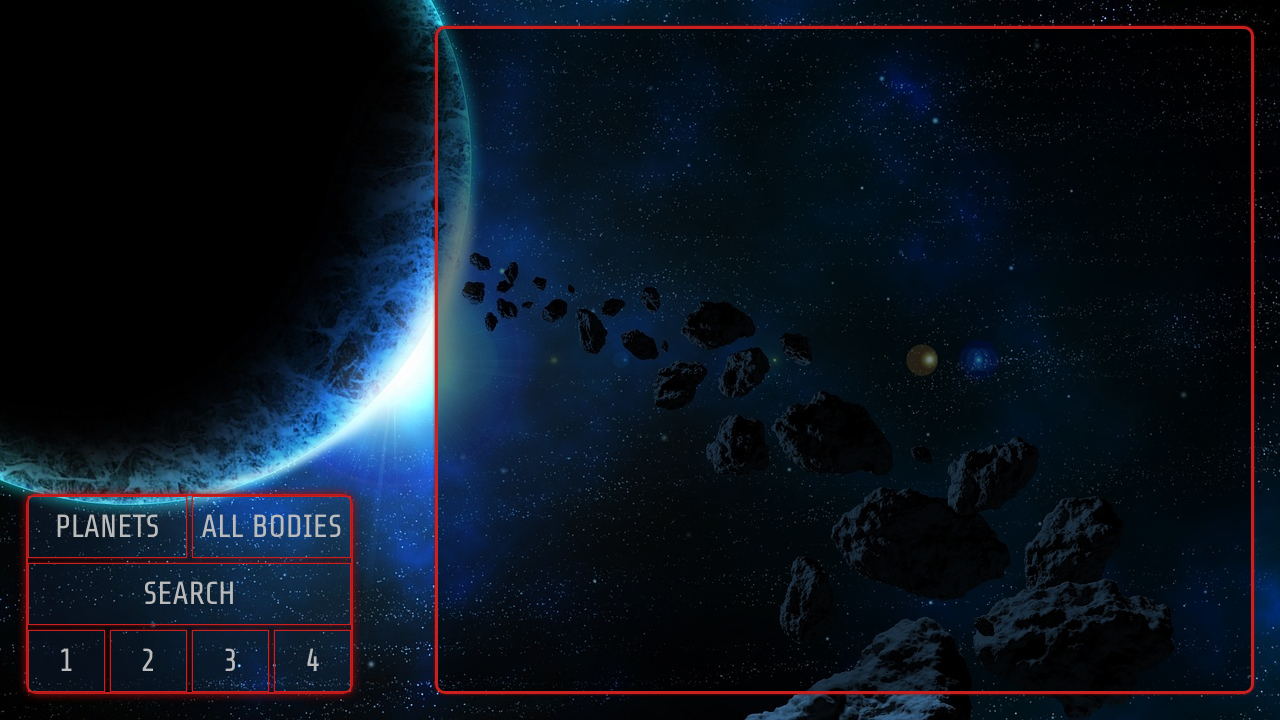
Repository: Przemek-Szadkowski/space-bodies
Page: /
An editor plug-in stored every save of this project. The page is shown before and after the next save, followed by the edit.
The browser window is 1280 px wide. The pictures show the whole page.
The page's requests for data from a server got no answer. The project was rebuilt for these pictures with package versions that can differ from the ones it lists, and the page was loaded fresh each time. No one was signed in, and anything a server would have sent is missing. Also part of the build but not shown: src/components/BodieRecord.js.

Above is the page before, as saved 2021-11-27 13:59:25.

### public/index.html
<!DOCTYPE html>
<html lang="en">
  <head>
    <meta charset="utf-8" />
    <meta name="viewport" content="width=device-width, initial-scale=1" />
    <meta />
    <title>Space-bodies</title>
    <link
      href="https://fonts.googleapis.com/css2?family=Share+Tech&display=swap"
      rel="stylesheet"
    />
  </head>
  <body>
    <noscript>You need to enable JavaScript to run this app.</noscript>
    <div id="root"></div>
  </body>
</html>

### src/index.css
* {
  margin: 0;
  padding: 0;
  box-sizing: border-box;
  font-family: "Share Tech", sans-serif;
}

body {
  height: 100vh;
  width: 100%;
  background-image: url(./images/space-g1a6520065_1280.jpg);
  background-position: center;
  background-repeat: no-repeat;
  background-size: cover;
  overflow: hidden;
  transition: 1s;
}

main {
  height: 100vh;
  width: 100%;
  padding: 2%;
  display: grid;
  grid-template-columns: 1fr 2fr;
  grid-template-rows: 1fr 1fr;
}

/***DASHBOARD ***/

.dashboard {
  display: grid;
  grid-template-columns: repeat(4, 1fr);
  grid-template-rows: repeat(3, 1fr);
  column-gap: 5px;
  row-gap: 5px;
  align-self: end;
  justify-self: start;
  grid-area: 2/1/3/2;
  height: 200px;
  width: 80%;
  border: 2px solid rgb(202, 32, 32);
  border-radius: 10px;
  box-shadow: 0 0 10px rgb(155, 11, 11);
}

.dashboard__btn {
  display: flex;
  justify-content: center;
  align-items: center;
  height: 100%;
  width: 100%;
  color: #bbb;
  font-size: 2rem;
  border: 1px solid rgb(202, 32, 32);
  box-shadow: 0 0 3px rgb(155, 11, 11);
  background-color: transparent;
  transition: 0.5s;
  text-transform: uppercase;
  background-color: rgba(39, 123, 201, 0.1);
}

.dashboard__btn:hover {
  cursor: pointer;
  box-shadow: 0 0 30px rgb(155, 11, 11);
  color: rgba(202, 32, 32, 0.9);
  background-color: rgba(0, 0, 0, 0.3);
}

.dashboard__btn__main:nth-child(1) {
  grid-column: 1/3;
}

.dashboard__btn__main:nth-child(2) {
  grid-column: 3/5;
}

.dashboard__btn__start {
  grid-column: 1/5;
}

/*** Main Text Area ***/

.text {
  display: flex;
  justify-content: center;
  align-items: center;
  grid-area: 1/2/3/3;
  height: 100%;
  width: 100%;
  border: 3px solid rgb(202, 32, 32);
  box-shadow: 0 0 3px rgb(155, 11, 11);
  border-radius: 10px;
  background-color: rgba(0, 0, 0, 0.5);
  overflow: scroll;
  -ms-overflow-style: none; /* IE and Edge */
  scrollbar-width: none; /* Firefox */
}

.text::-webkit-scrollbar {
  display: none; /* Chrome, Opera */
}

.mainList {
  width: 99%;
  height: 100%;
  padding: 5px 0;
  border-radius: 10px;
  display: grid;
  grid-template-columns: repeat(4, 1fr);
  grid-template-rows: auto;
  gap: 7px;
}

.record {
  color: rgba(202, 32, 32, 0.7);
  width: 100%;
  display: grid;
  grid-template-columns: 1fr;
  grid-template-rows: 1fr;
  background-color: rgba(39, 123, 201, 0.1);
  border: 2px solid rgb(6, 32, 56);
  border-radius: 10px;
  padding: 15px;
  transition: 0.5s;
}

.record:hover {
  cursor: pointer;
  background-color: rgba(39, 123, 201, 0.3);
  color: rgba(202, 32, 32, 0.9);
}

.record p {
  width: 100%;
  font-size: 1.8rem;
  margin-left: 20px;
  margin-bottom: 10px;
}

.record p.bodie-data {
  font-size: 1rem;
  color: #bbb;
  margin-bottom: 0px;
}

### src/App.js
import React, { useState, useEffect } from 'react';
import BodiesTable from "./components/BodiesTable";
import Dashboard from "./components/Dashboard";
import SearchInput from './components/SearchInput';

const ENDPOINT = 'https://api.le-systeme-solaire.net/rest/bodies/';

function App() {

  const [bodies, setBodies] = useState([]);
  const [arePlanets, setArePlanets] = useState(false);
  const [isSearchInput, setIsSearchInput] = useState(false);

  const getData = async () => {
    const response = await fetch(ENDPOINT);
    const bodiesData = await response.json();
    setBodies(bodiesData);
  }

  const showPlanets = () => {
    setArePlanets(true);
  }

  const showAllBodies = () => {
    setArePlanets(false);
  }

  const showSearchInput = () => {
    setIsSearchInput(true);
  }

  const hideSearchInput = () => {
    setIsSearchInput(false);
  }

  useEffect(() => {
      getData();
  }, []);

  return (
    <main>
      {isSearchInput ? <SearchInput/> : null}
      <Dashboard showPlanets={showPlanets} showAllBodies={showAllBodies}/>
      <BodiesTable bodies={arePlanets ? bodies.bodies.filter(body => body.isPlanet) : bodies.bodies}/>
    </main>
  );
}

export default App;

### src/components/BodiesTable.js
import React from 'react';
import BodieRecord from './BodieRecord';

export default function BodiesTable(props) {
    return (
        <div className="text">
            <div className="mainList">
               {props.bodies && props.bodies.map( bodie => {
                   return <BodieRecord key={bodie.id} data={bodie}/>
               })}
            </div>
        </div>
    )
}

### src/components/Dashboard.js
import React from 'react'

export default function Dashboard(props) {
    return (
        <div className="dashboard">
            <button
            className="dashboard__btn dashboard__btn__main dashboard__btn__main__planets" onClick={props.showPlanets}>Planets</button>
            <button className="dashboard__btn dashboard__btn__main" onClick={props.showAllBodies}>All bodies</button>
            <button className="dashboard__btn dashboard__btn__start">Search</button>
            <button className="dashboard__btn dashboard__btn__options">1</button>
            <button className="dashboard__btn dashboard__btn__options">2</button>
            <button className="dashboard__btn dashboard__btn__options">3</button>
            <button className="dashboard__btn dashboard__btn__options">4</button>
        </div>
    )
}

### src/components/SearchInput.js
import React from 'react'

export default function SearchInput() {
    return (
        <div className="search">
            <input type="search" />
        </div>
    )
}

Loaded but not shown: src/index.js (common file)

After the next save:
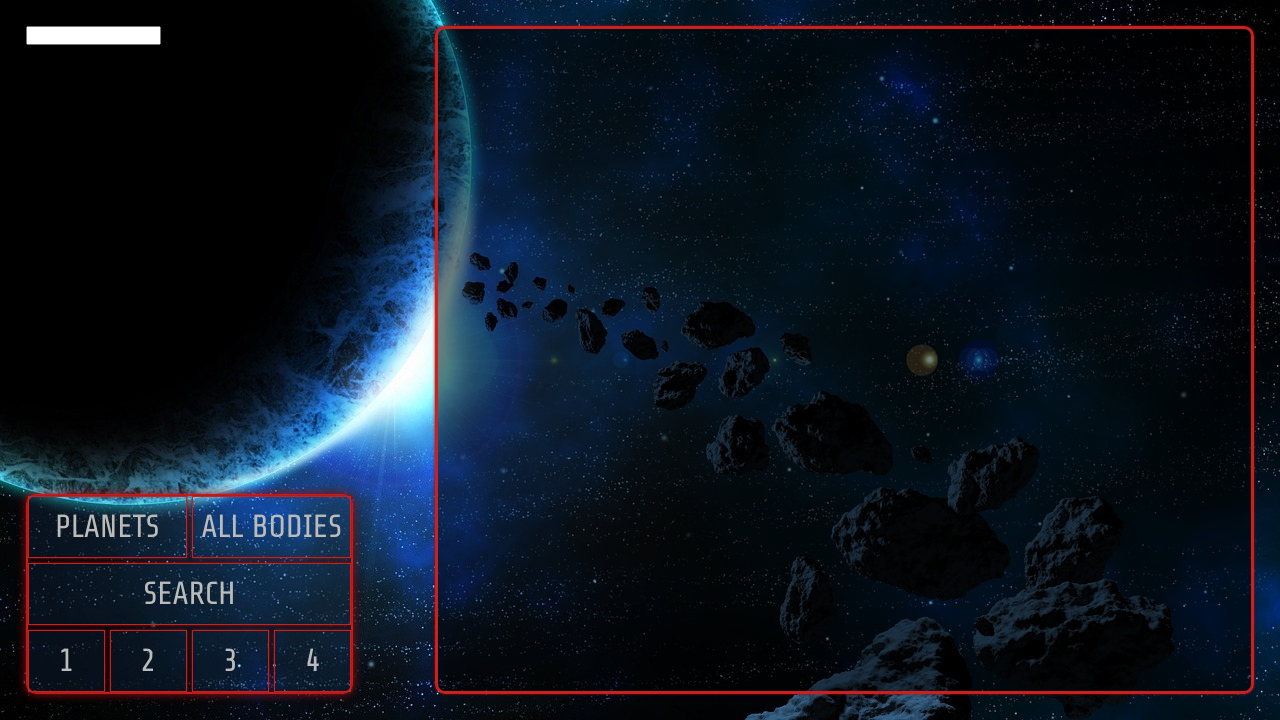
Saved 7 s later.
--- a/src/App.js
+++ b/src/App.js
@@ -9,7 +9,7 @@ function App() {
 
   const [bodies, setBodies] = useState([]);
   const [arePlanets, setArePlanets] = useState(false);
-  const [isSearchInput, setIsSearchInput] = useState(false);
+  const [isSearchInput, setIsSearchInput] = useState(true);
 
   const getData = async () => {
     const response = await fetch(ENDPOINT);
